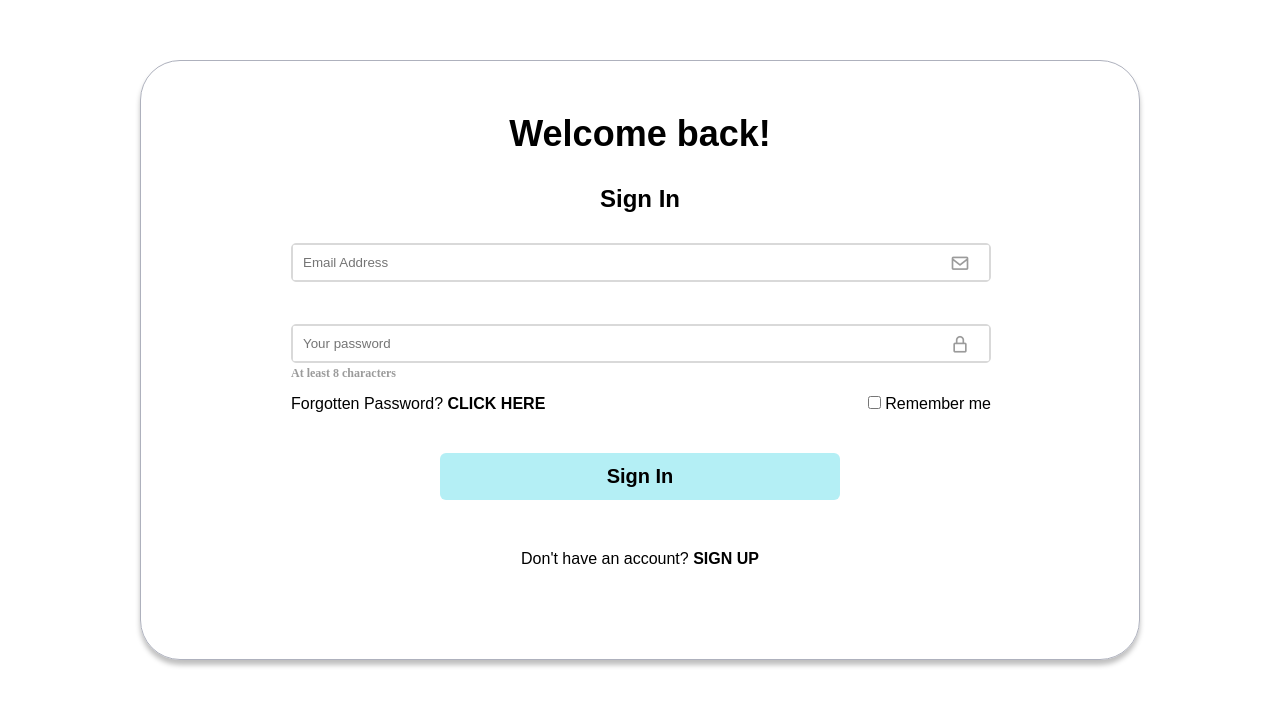
Repository: Rellzcodez/Group1-Team8
Page: pages/signin.html
The author's editor kept a copy of each file at every save. The page is drawn from the files as they stood at one save, then again after the next save.
The browser window is 1280 px wide. The pictures show the whole page.
The pointer rests on the first visible `span a`.

Above is the page before, as saved 2022-09-11 20:15:53.

### pages/signin.html
<!DOCTYPE html>
<html lang="en">
<head>
    <meta charset="UTF-8">
    <meta http-equiv="X-UA-Compatible" content="IE=edge">
    <meta name="viewport" content="width=device-width, initial-scale=1.0">
    <link rel="icon" type="image/png" sizes="32x32" href="/images/favicon-32x32.png">
    <link href='https://unpkg.com/boxicons@2.1.2/css/boxicons.min.css' rel='stylesheet'>
    <link rel="stylesheet" href="/css/signin.css">
    <title>SIGN IN</title>
</head>
 <body>
    <div class="form-container">
     <h1 class="heading">Welcome back!</h1>
    <form action="action_page.php" class="login active" method="post">

        <h2 class="heading">Sign In</h2>
     <div class="container">
        <div class="email">
            <input type="email" placeholder="Email Address" name="email" required>
            <i class='bx bx-envelope'></i>
        </div>
        <div class="password">
            <input type="password" pattern=".{8,}" id="password" placeholder="Your password" required>
            <i class='bx bx-lock-alt' ></i>
        </div>
        <span class="help-text">At least 8 characters</span>
        </div>

        <div class="container2">
            <p>Forgotten Password? <span><a href="#">CLICK HERE</a></span></p>
                <div class="checkbox">
                <input type="checkbox" name="remember"> Remember me
                </div>
               </div>
        <div class="btn">
            <button type="submit" class="btn-submit"><b><a href="#">Sign In</a></b></button>
        </div>
        <div class="signup">
            <p>Don't have an account? <span><a href="/pages/signup.html" onclick="switchForm('login', event)">SIGN UP</a></span></p>
        </div>
     </form>
    </div>
    <script src="signin.js"></script>
</body>
 </html>

### css/signin.css
*{
    padding: 0;
    margin: 0;
    box-sizing: border-box;
}

body{
    display: flex;
    justify-content: center;
    margin: 0 auto;
    align-items: center;
    place-items: center;
    min-height: 100vh;
    padding: 0 16px;

}
a {
    color: #000;
    transition: all .3s ease;
    text-decoration: none;
}
a:hover {
    color: #C6C6C6;
}

.form-container{
    background: rgba(255, 255, 255, 0.82);
     border: 1px solid #AEB1BD;
    box-shadow: 0px 5px 5px rgba(0, 0, 0, 0.25);
    border-radius: 40px;
    margin: 2% auto;
    width: 1000px;
    height: 600px;
}
h1, h2, .btn{
    text-align: center;
    font-family: 'Poppins', sans-serif;
    margin-bottom: 30px;
}
h1{
    font-size: 36px;
    font-weight: 700;
    margin-top: 52px;
}
h2{
    font-size: 24px;
    font-weight: 700;
    margin-top: 30px;
}

.container, .container2{
    width: 700px;
    margin: 0 150px 0 150px;
    margin-bottom: 14px;
}
.email, .password{
    font-family: 'Poppins', sans-serif;
    font-weight: 400;
    font-size: 20px;
    width: 700px;
    border: 1px solid #D9D9D9;
    border-radius: 5px;
    color: #858A9B;
    width: 100%;
    position: relative;
}
.email{
    margin-bottom: 42px;
    width: 100%;
    position: relative;
}
.password{
    /* margin-bottom: 24px; */
    width: 100%;
    position: relative;
}

.email input {
    padding: 12px 40px 12px 20px;
    outline: none;
    border-radius: 6px;
    border: 1px solid #AEB1BD;
    width: 100%;
    transition: all .3s ease;
}
.password input {
    padding: 12px 40px 12px 20px;
    outline: none;
    border-radius: 6px;
    border: 1px solid #AEB1BD;
    width: 100%;
    transition: all .3s ease;
}

/* Validation */
.email input:focus,
.email input:not(:placeholder-shown) {
    border-color: #277FFE;
    background: #F4F2FF;
}
.email input:focus + i,
.email input:not(:placeholder-shown) + i {
    color: #277FFE;
}
.email input:focus:valid {
    box-shadow: 0 0 0 4px #AECFFF;
}

.email input:valid:not(:placeholder-shown) {
    border-color:#23AE00;
}
.email input:valid:not(:placeholder-shown) + i {
    color:#23AE00;
}
.email input:invalid:not(:placeholder-shown) {
    border-color:#FE2727;
}
.email input:invalid:not(:placeholder-shown) + i {
    color:#FE2727;
}
.email input:focus:invalid {
    box-shadow: 0 0 0 4px #FFD2D2;
}
.email input:focus,
.email input:focus:placeholder-shown {
    box-shadow: 0 0 0 4px #AECFFF;
}
    .password input:focus,
    .password input:not(:placeholder-shown) {
        border-color: #277FFE;
        background: #F4F2FF;
    }
    .password input:focus + i,
    .password input:not(:placeholder-shown) + i {
        color: #277FFE;
    }
    .password input:focus:valid {
        box-shadow: 0 0 0 4px #AECFFF;
    }

    .password input:valid:not(:placeholder-shown) {
        border-color:#23AE00;
    }
    .password input:valid:not(:placeholder-shown) + i {
        color:#23AE00;
    }
    .password input:invalid:not(:placeholder-shown) {
        border-color:#FE2727;
    }
    .password input:invalid:not(:placeholder-shown) + i {
        color:#FE2727;
    }
    .password input:focus:invalid {
        box-shadow: 0 0 0 4px #FFD2D2;
    }
    .password input:focus,
    .password input:focus:placeholder-shown {
        box-shadow: 0 0 0 4px #AECFFF;
    }
    /* Validation */
.email i {
    position: absolute;
   top: 50%;
   transform: translateY(-50%);
   right: 20px;
   color: #9B9B9B;
   pointer-events: none;
}
.password i {
   position: absolute;
   top: 50%;
   transform: translateY(-50%);
   right: 20px;
   color: #9B9B9B;
   pointer-events: none;
}
.container .help-text {
   font-size: 12px;
   color: #9B9B9B;
}

form input:not([type='checkbox']) {
    border: 1px solid #D9D9D9;
    outline: none;
    padding: 10px;
    width: 100%;
    border-radius: 2px;
    display: inline;
}

.container2 {
    display: flex;
    justify-content: space-between;
    margin-bottom: 40px;
    color: black;
    font-weight: 400;
    font-size: 16px;
    font-family: 'Poppins', sans-serif;
}

.container2 a{
    color: #000;
    text-decoration: none;
    font-weight: 700;
}
span{
    font-weight: 700;
    font-size: 16px;
}
span a:hover{
    color: ;
}
.btn-submit {
    padding: 12px 0;
    width: 400px;
    color: #000;
    border-radius: 6px;
    cursor: pointer;
    transition: all .3s ease;
    border: none;
    font-size: 20px;
    font-weight: 500;
    background: #B4EFF5;
    margin-bottom: 20px;
    }
    .btn-submit:hover{
        color: #fff;
        background: #858A9B;
    }

.signup{
    text-align: center;
    font-family: 'Poppins', sans-serif;
}
.signup a{
    color: #000;
    font-weight: 700;
    text-decoration: none;
}
.signup a:hover{
    color: #858A9B
}

a.lighthover:hover {
    color: #C6C6C6;
}

### js/signin.js
function switchForm(className, e) {
    e.preventDefault();
    const allForm = document.querySelectorAll('form');
    const form = document.querySelector('form.${className}');

    allForm.forEach(item=> {
        item.classList.remove('active');
    })
    form.classList.add('active');
}

After the next save:
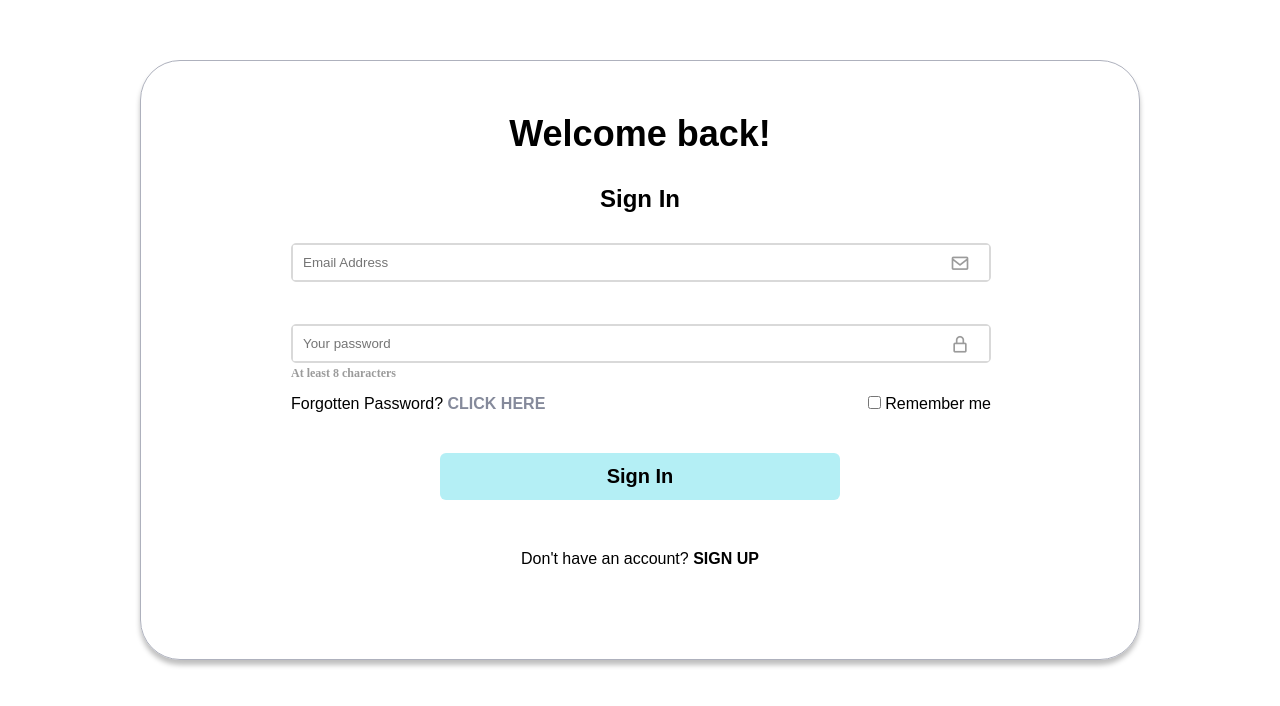
Saved 6 s later.
--- a/css/signin.css
+++ b/css/signin.css
@@ -208,7 +208,7 @@ span{
     font-size: 16px;
 }
 span a:hover{
-    color: ;
+    color: #858A9B;
 }
 .btn-submit {
     padding: 12px 0;
